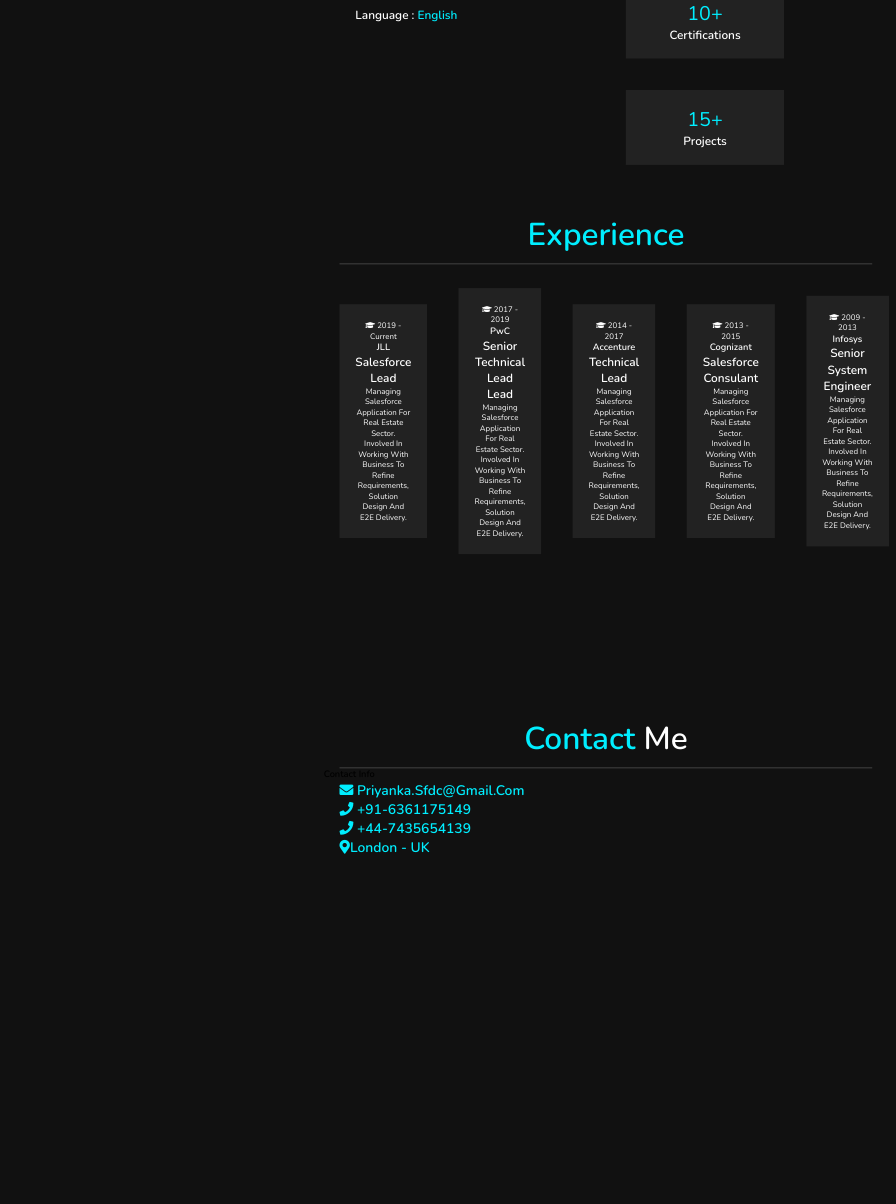
Repository: priyanka-bishnoi/PortfolioPage
Page: MyPage.html
These files come from the project's save history. The page is drawn as it stood at one moment and after the next save; the edit follows.
The browser window is 1280 px wide. The pictures show the part of the page from y = 1202 to 3122 px (the page is 2922 px tall before and 3214 px after), at 70% of full size.

Above is the page before, as saved 2022-10-09 15:09:22.

### MyPage.html
<!DOCTYPE html>
<html>
<head>
     <!-- font awesome cdn link  -->
     <link rel="stylesheet" href="https://cdnjs.cloudflare.com/ajax/libs/font-awesome/5.15.2/css/all.min.css">
    <link rel="stylesheet" href="css/style.css">

</head>
<body>
<header>
    <div class= "user">
        <img src="Background1.jpg"/>
        <h1 class="name" >Priyanka Bishnoi</h1>
        <p class="post" >Salesforce Consultant</p>
    </div>

    <nav class="navBar">
        <ul>
            <li> <a href="#home">Home</a></li>
            <li> <a href="#about">About</a></li>
            <li> <a href="#experience">Experience</a></li>
            <li> <a href="#portfolio">Portfolio</a></li>
            <li> <a href="#contact">Contact</a></li>

        </ul>


    </nav>


</header>

<!-- Home-->

<section class="home" id="home">

    <h3>HI THERE !</h3>
    <h1>I'M <span>Priyanka Bishnoi</span></h1>
    <p>Lorem ipsum dolor sit amet consectetur adipisicing elit. Distinctio deserunt aspernatur fugiat minus enim ullam repudiandae sint sed magnam tenetur! Lorem ipsum dolor sit amet consectetur adipisicing elit. Necessitatibus, at.
    </p>
    <a href="#about"><button class="btn">about me </button></a>


</section>

<section class="about" id="about">
<h1 class="heading"> <span>About </span>Me</h1>

<div class="row">
    <div class="info">
        <h3>  name : <span> priyanka bishnoi </span></h3>
        <h3> qualification :  <span> BE (IT) </span> </h3>
        <h3>  post : <span>Salesforce Architect </span>  </h3>
        <h3> language :<span> English  </span>  </h3>
    </div>

    <div class="counter">
        <div class="box">
            <span>13+</span>
            <h3>years of IT experience</h3>
        </div>

        <div class="box">
            <span>10+</span>
            <h3>years of Salesforce Experience</h3>
        </div>

        <div class="box">
            <span>10+</span>
            <h3>Certifications</h3>
        </div>

        <div class="box">
            <span>15+</span>
            <h3>Projects</h3>
        </div>
    </div>
</div>
</section>

<section class="experience" id="experience">

        <h1 class="heading"> <span>Experience </span></h1>

        <div class="exp">
                <div class="box">
                    <i class="fas fa-graduation-cap"></i>
                    <span>2019 - Current</span>
                    <h3>JLL</h3>
                    <h2>Salesforce Lead</h2>
                    <p>Managing Salesforce application for Real Estate Sector. Involved in working with business to refine requirements, solution design and E2E delivery.</p>
                </div>
                <div class="box">
                    <i class="fas fa-graduation-cap"></i>
                    <span>2017 - 2019</span>
                    <h3>PwC</h3>
                    <h2>Senior Technical Lead Lead</h2>
                    <p>Managing Salesforce application for Real Estate Sector. Involved in working with business to refine requirements, solution design and E2E delivery.</p>
                </div>
                <div class="box">
                    <i class="fas fa-graduation-cap"></i>
                    <span>2014 - 2017</span>
                    <h3>Accenture</h3>
                    <h2>Technical Lead</h2>
                    <p>Managing Salesforce application for Real Estate Sector. Involved in working with business to refine requirements, solution design and E2E delivery.</p>
                </div>
                <div class="box">
                    <i class="fas fa-graduation-cap"></i>
                    <span>2013 - 2015</span>
                    <h3>Cognizant</h3>
                    <h2>Salesforce Consulant</h2>
                    <p>Managing Salesforce application for Real Estate Sector. Involved in working with business to refine requirements, solution design and E2E delivery.</p>
                </div>
                <div class="box">
                    <i class="fas fa-graduation-cap"></i>
                    <span>2009 - 2013</span>
                    <h3>Infosys</h3>
                    <h2>Senior System Engineer</h2>
                    <p>Managing Salesforce application for Real Estate Sector. Involved in working with business to refine requirements, solution design and E2E delivery.</p>
                </div>


        </div>

</section>


<section class="contact" id="contact">
    <h1 class="heading"> <span>Contact </span>Me</h1>

    <div class="row">
        <div class="content">

            <h3 class="title">contact info</h3>

            <div class="info">
                <h3> <i class="fas fa-envelope"></i> priyanka.sfdc@gmail.com </h3>
                <h3> <i class="fas fa-phone"></i> +91-6361175149</h3>
                <h3> <i class="fas fa-phone"></i> +44-7435654139 </h3>
                <h3> <i class="fas fa-map-marker-alt"></i>London - UK </h3>
            </div>

        </div>
    </div>
</section>


</body>
</html>

### css/style.css
@import url('https://fonts.googleapis.com/css2?family=Nunito:wght@200;300;400;600&display=swap');
:root{
    --orange:rgb(0, 238, 255);
}
*{
    font-family: 'Nunito', sans-serif;
    margin:0;
    padding:0;
    box-sizing:border-box;
    text-decoration:none;
    text-transform:capitalize;
    transition:all .2s linear;
}
html {
    font-size:70.5%;
    overflow-x:hidden;
}
body{
    background:#111;
    overflow-x: hidden;
    padding-left: 40rem;
}

section{
    min-height: 100vh;
    padding:1rem;
}

.btn{
    padding:.7rem 3rem;
    background:#333;
    color:#fff;
    cursor: pointer;
    margin-top: 1rem;
    font-size: 1.5rem;
    border-radius: 5rem;
}

.btn:hover{
    background:var(--orange);
}

.heading{
    text-align: center;
    margin:0 2rem;
    font-size: 4rem;
    padding:1rem;
    border-bottom: .1rem solid #fff4;
    color:#fff;
}

.heading span{
    color:var(--orange);
}

header {
    position:fixed;
    top:0; left:0;
    z-index:1000;
    height:100%;
    width:35rem;
    background:black;
    display:flex;
    align-items: center;
    justify-content: center;
    flex-flow: column;
    text-align: center;
}

header .user img {
    height: 17rem;
    width: 17rem;
    border-radius: 50%;
    object-fit: cover;
    margin-bottom: 1rem;
    border: 0.7rem solid var(--orange);
}
header .user .name {
    font-size: 2.5rem;
    color: antiquewhite;
}
header .user .post{
    font-size: 2rem;
    color: antiquewhite;
}

header .navBar {
    font-size : 2rem;
}
header .navBar ul{
    list-style: none;
    padding:1rem 2rem;
}
header .navBar ul li a{
    display: block;
    padding:1rem;
    margin:1.5rem 0;
    background:#333;
    color:#fff;
    font-size: 1.5rem;
    border-radius: 5rem;
}

header .navBar ul li a:hover{
    background:rgb(0, 238, 255);
}


.home{
    display: flex;
    justify-content: center;
    flex-flow: column;
    padding:0 15rem;
}

.home h3{
    font-size: 2rem;
    color:#fff;
}

.home h1{
    font-size:2rem;
    color:#fff;
}

.home h1 span{
    color:var(--orange);
}

.home p{
    font-size:1.8rem;
    color:#eee;
    padding: 1rem 0;
}

.about {
 color:white;
}
.about .row {
    display: flex;
    justify-content: flex-start;
    flex-wrap: nowrap;
    padding: 1rem 0;
    flex-direction: row;
    align-content: space-around;
    align-items: center;
}
.about .row .info {

    display: block;
    justify-content: center;
    padding-left: 1rem;
    padding-top: 0rem;
    padding-right: 1rem;
    margin: 0 1rem;
    font-size: 1.5rem;

}
.about h3 span{
    color:var(--orange);
}
.about .row .info h3 {

    display: block;
    justify-content: center;
    padding: 1rem;
    margin: 0 1rem;
    font-size: 1.5rem;

}

.about .row .counter{
    flex:1 1 48rem;
    display: flex;
    justify-content: center;
    flex-wrap: wrap;
}

.about .row .counter .box{
    width:20rem;
    background:#222;
    text-align: center;
    padding: 2rem;
    margin:2rem;
}

.about .row .counter .box span{
    font-size: 2.5rem;
    color:var(--orange);
}

.about .row .counter .box h3{
    font-size: 1.5rem;
    color:#fff;
}

.experience {
    color:white;
   }
.experience .exp {
       display: flex;
       justify-content: flex-start;
       flex-wrap: nowrap;
       padding: 1rem 0;
       flex-direction: row;
       align-content: space-around;
       align-items: center;
}

.experience .exp .box {
    width:20rem;
    background:#222;
    text-align: center;
    padding: 2rem;
    margin:2rem;
}



.contact .row .content .info {

    display: block;
    justify-content: center;
    padding-left: 1rem;
    padding-top: 0rem;
    padding-right: 1rem;
    margin: 0 1rem;
    font-size: 1.5rem;
    color:var(--orange);

}
.contact h3 span{
    color:var(--orange);
}

After the next save:
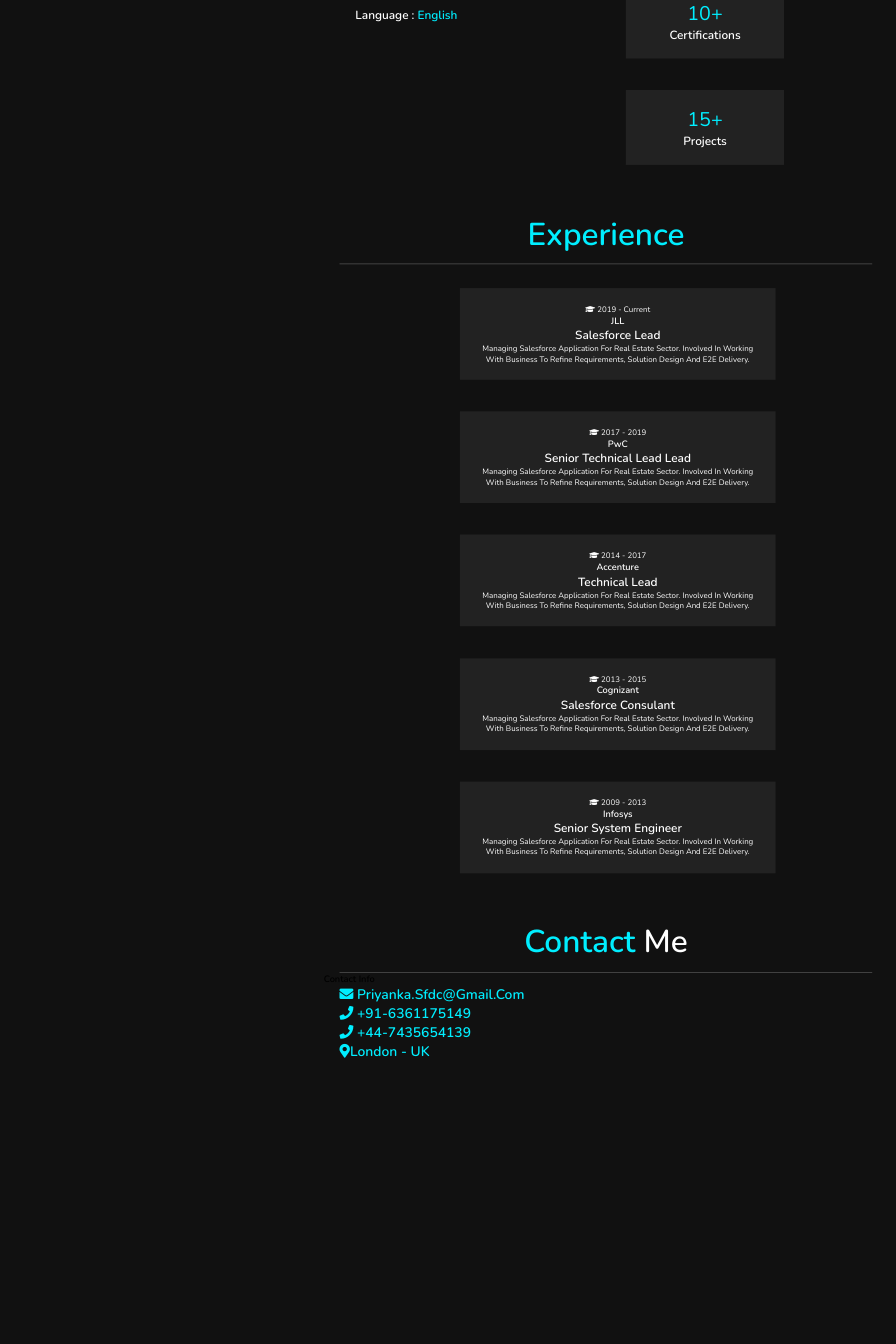
Saved 3 min 22 s later.
--- a/css/style.css
+++ b/css/style.css
@@ -198,21 +198,22 @@ header .navBar ul li a:hover{
     color:white;
    }
 .experience .exp {
-       display: flex;
-       justify-content: flex-start;
-       flex-wrap: nowrap;
-       padding: 1rem 0;
-       flex-direction: row;
-       align-content: space-around;
-       align-items: center;
+    display: flex;
+    justify-content: center;
+    flex-wrap: wrap;
+    padding: 1rem 0;
+    padding-left: 3rem;
+    /* flex-direction: row; */
+    /* align-content: space-around; */
+    align-items: center;
 }
 
 .experience .exp .box {
-    width:20rem;
-    background:#222;
+    width: 40rem;
+    background: #222;
     text-align: center;
     padding: 2rem;
-    margin:2rem;
+    margin: 2rem;
 }
 
 
